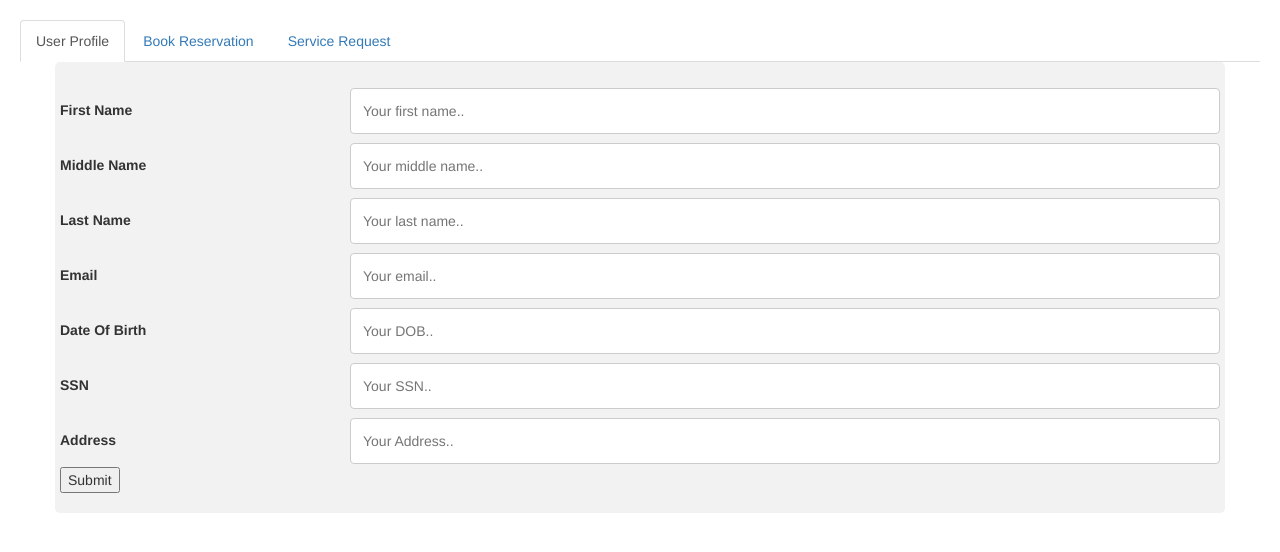
Repository: accentur/CSC507
Page: http://localhost/CSC507/customer.jsp
These files come from the project's save history. The page is drawn as it stood at one moment and after the next save; the edit follows.
The browser window is 1280 px wide. The pictures show the whole page.
The page is served by Tomcat 9.

Above is the page before, as saved 2019-02-09 12:17:35.

After the next save:
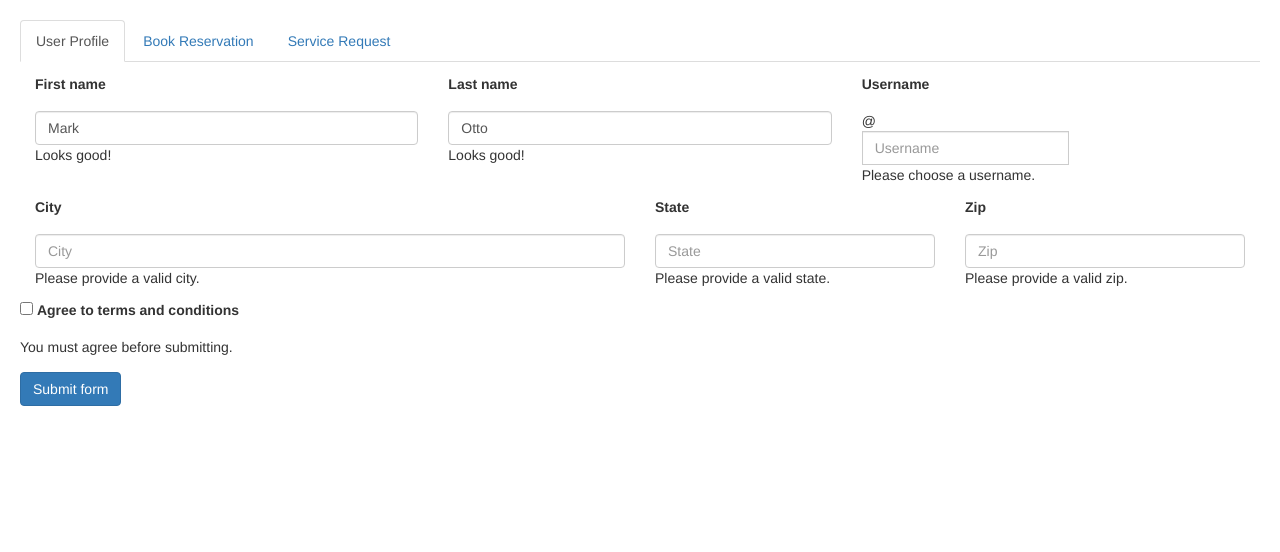
Saved 13 min 17 s later.
--- a/CSC507/src/main/webapp/userRegistration.jsp
+++ b/CSC507/src/main/webapp/userRegistration.jsp
@@ -1,67 +1,86 @@
-<div class="container">
-  <form action="/action_page.php">
-  <div class="row">
-    <div class="col-25">
-      <label for="fname">First Name</label>
+<form class="needs-validation" novalidate>
+  <div class="form-row">
+    <div class="col-md-4 mb-3">
+      <label for="validationCustom01">First name</label>
+      <input type="text" class="form-control" id="validationCustom01" placeholder="First name" value="Mark" required>
+      <div class="valid-feedback">
+        Looks good!
+      </div>
     </div>
-    <div class="col-75">
-      <input type="text" id="fname" name="firstname" placeholder="Your first name..">
+    <div class="col-md-4 mb-3">
+      <label for="validationCustom02">Last name</label>
+      <input type="text" class="form-control" id="validationCustom02" placeholder="Last name" value="Otto" required>
+      <div class="valid-feedback">
+        Looks good!
+      </div>
+    </div>
+    <div class="col-md-4 mb-3">
+      <label for="validationCustomUsername">Username</label>
+      <div class="input-group">
+        <div class="input-group-prepend">
+          <span class="input-group-text" id="inputGroupPrepend">@</span>
+        </div>
+        <input type="text" class="form-control" id="validationCustomUsername" placeholder="Username" aria-describedby="inputGroupPrepend" required>
+        <div class="invalid-feedback">
+          Please choose a username.
+        </div>
+      </div>
     </div>
   </div>
-  <div class="row">
-    <div class="col-25">
-      <label for="lname">Middle Name</label>
+  <div class="form-row">
+    <div class="col-md-6 mb-3">
+      <label for="validationCustom03">City</label>
+      <input type="text" class="form-control" id="validationCustom03" placeholder="City" required>
+      <div class="invalid-feedback">
+        Please provide a valid city.
+      </div>
     </div>
-    <div class="col-75">
-      <input type="text" id="lname" name="middlename" placeholder="Your middle name..">
+    <div class="col-md-3 mb-3">
+      <label for="validationCustom04">State</label>
+      <input type="text" class="form-control" id="validationCustom04" placeholder="State" required>
+      <div class="invalid-feedback">
+        Please provide a valid state.
+      </div>
+    </div>
+    <div class="col-md-3 mb-3">
+      <label for="validationCustom05">Zip</label>
+      <input type="text" class="form-control" id="validationCustom05" placeholder="Zip" required>
+      <div class="invalid-feedback">
+        Please provide a valid zip.
+      </div>
     </div>
   </div>
-    <div class="row">
-    <div class="col-25">
-      <label for="lname">Last Name</label>
-    </div>
-    <div class="col-75">
-      <input type="text" id="lname" name="lastname" placeholder="Your last name..">
+  <div class="form-group">
+    <div class="form-check">
+      <input class="form-check-input" type="checkbox" value="" id="invalidCheck" required>
+      <label class="form-check-label" for="invalidCheck">
+        Agree to terms and conditions
+      </label>
+      <div class="invalid-feedback">
+        You must agree before submitting.
+      </div>
     </div>
   </div>
-   <div class="row">
-    <div class="col-25">
-      <label for="lname">Email</label>
-    </div>
-    <div class="col-75">
-      <input type="text" id="lname" name="email" placeholder="Your email..">
-    </div>
-  </div>
-    <div class="row">
-    <div class="col-25">
-      <label for="lname">Date Of Birth</label>
-    </div>
-    <div class="col-75">
-      <input type="text" id="lname" name="dob" placeholder="Your DOB..">
-    </div>
-  </div>
+  <button class="btn btn-primary" type="submit">Submit form</button>
+</form>
 
-  <div class="row">
-    <div class="col-25">
-      <label for="lname">SSN</label>
-    </div>
-    <div class="col-75">
-      <input type="text" id="lname" name="ssn" placeholder="Your SSN..">
-    </div>
-  </div>
-
-   <div class="row">
-    <div class="col-25">
-      <label for="lname">Address</label>
-    </div>
-    <div class="col-75">
-      <input type="text" id="lname" name="address" placeholder="Your Address..">
-    </div>
-  </div>
-
-
-  <div class="row">
-    <input id="submitform" type="button" value="Submit">
-  </div>
-  </form>
-</div>
+<script>
+// Example starter JavaScript for disabling form submissions if there are invalid fields
+(function() {
+  'use strict';
+  window.addEventListener('load', function() {
+    // Fetch all the forms we want to apply custom Bootstrap validation styles to
+    var forms = document.getElementsByClassName('needs-validation');
+    // Loop over them and prevent submission
+    var validation = Array.prototype.filter.call(forms, function(form) {
+      form.addEventListener('submit', function(event) {
+        if (form.checkValidity() === false) {
+          event.preventDefault();
+          event.stopPropagation();
+        }
+        form.classList.add('was-validated');
+      }, false);
+    });
+  }, false);
+})();
+</script>

After the save that followed:
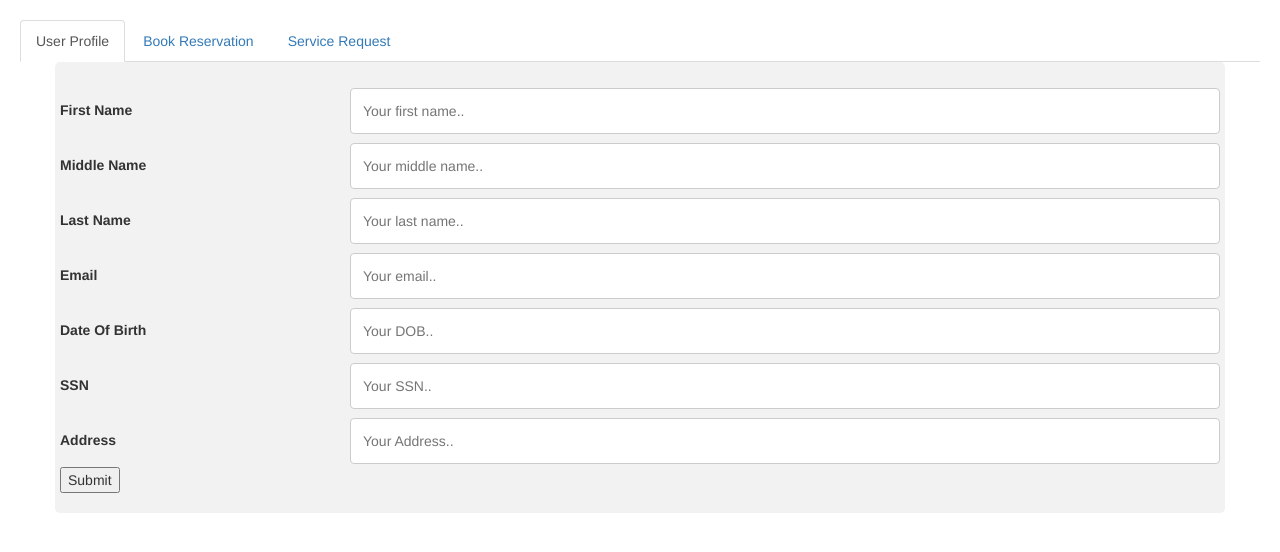
Saved 3 min 33 s later.
--- a/CSC507/src/main/webapp/userRegistration.jsp
+++ b/CSC507/src/main/webapp/userRegistration.jsp
@@ -1,86 +1,67 @@
-<form class="needs-validation" novalidate>
-  <div class="form-row">
-    <div class="col-md-4 mb-3">
-      <label for="validationCustom01">First name</label>
-      <input type="text" class="form-control" id="validationCustom01" placeholder="First name" value="Mark" required>
-      <div class="valid-feedback">
-        Looks good!
-      </div>
+<div class="container">
+  <form action="/action_page.php">
+  <div class="row">
+    <div class="col-25">
+      <label for="fname">First Name</label>
     </div>
-    <div class="col-md-4 mb-3">
-      <label for="validationCustom02">Last name</label>
-      <input type="text" class="form-control" id="validationCustom02" placeholder="Last name" value="Otto" required>
-      <div class="valid-feedback">
-        Looks good!
-      </div>
-    </div>
-    <div class="col-md-4 mb-3">
-      <label for="validationCustomUsername">Username</label>
-      <div class="input-group">
-        <div class="input-group-prepend">
-          <span class="input-group-text" id="inputGroupPrepend">@</span>
-        </div>
-        <input type="text" class="form-control" id="validationCustomUsername" placeholder="Username" aria-describedby="inputGroupPrepend" required>
-        <div class="invalid-feedback">
-          Please choose a username.
-        </div>
-      </div>
+    <div class="col-75">
+      <input type="text" id="fname" name="firstname" placeholder="Your first name..">
     </div>
   </div>
-  <div class="form-row">
-    <div class="col-md-6 mb-3">
-      <label for="validationCustom03">City</label>
-      <input type="text" class="form-control" id="validationCustom03" placeholder="City" required>
-      <div class="invalid-feedback">
-        Please provide a valid city.
-      </div>
+  <div class="row">
+    <div class="col-25">
+      <label for="lname">Middle Name</label>
     </div>
-    <div class="col-md-3 mb-3">
-      <label for="validationCustom04">State</label>
-      <input type="text" class="form-control" id="validationCustom04" placeholder="State" required>
-      <div class="invalid-feedback">
-        Please provide a valid state.
-      </div>
-    </div>
-    <div class="col-md-3 mb-3">
-      <label for="validationCustom05">Zip</label>
-      <input type="text" class="form-control" id="validationCustom05" placeholder="Zip" required>
-      <div class="invalid-feedback">
-        Please provide a valid zip.
-      </div>
+    <div class="col-75">
+      <input type="text" id="lname" name="middlename" placeholder="Your middle name..">
     </div>
   </div>
-  <div class="form-group">
-    <div class="form-check">
-      <input class="form-check-input" type="checkbox" value="" id="invalidCheck" required>
-      <label class="form-check-label" for="invalidCheck">
-        Agree to terms and conditions
-      </label>
-      <div class="invalid-feedback">
-        You must agree before submitting.
-      </div>
+    <div class="row">
+    <div class="col-25">
+      <label for="lname">Last Name</label>
+    </div>
+    <div class="col-75">
+      <input type="text" id="lname" name="lastname" placeholder="Your last name..">
     </div>
   </div>
-  <button class="btn btn-primary" type="submit">Submit form</button>
-</form>
+   <div class="row">
+    <div class="col-25">
+      <label for="lname">Email</label>
+    </div>
+    <div class="col-75">
+      <input type="text" id="lname" name="email" placeholder="Your email..">
+    </div>
+  </div>
+    <div class="row">
+    <div class="col-25">
+      <label for="lname">Date Of Birth</label>
+    </div>
+    <div class="col-75">
+      <input type="text" id="lname" name="dob" placeholder="Your DOB..">
+    </div>
+  </div>
 
-<script>
-// Example starter JavaScript for disabling form submissions if there are invalid fields
-(function() {
-  'use strict';
-  window.addEventListener('load', function() {
-    // Fetch all the forms we want to apply custom Bootstrap validation styles to
-    var forms = document.getElementsByClassName('needs-validation');
-    // Loop over them and prevent submission
-    var validation = Array.prototype.filter.call(forms, function(form) {
-      form.addEventListener('submit', function(event) {
-        if (form.checkValidity() === false) {
-          event.preventDefault();
-          event.stopPropagation();
-        }
-        form.classList.add('was-validated');
-      }, false);
-    });
-  }, false);
-})();
-</script>
+  <div class="row">
+    <div class="col-25">
+      <label for="lname">SSN</label>
+    </div>
+    <div class="col-75">
+      <input type="text" id="lname" name="ssn" placeholder="Your SSN..">
+    </div>
+  </div>
+
+   <div class="row">
+    <div class="col-25">
+      <label for="lname">Address</label>
+    </div>
+    <div class="col-75">
+      <input type="text" id="lname" name="address" placeholder="Your Address..">
+    </div>
+  </div>
+
+
+  <div class="row">
+    <input id="submitform" type="button" value="Submit">
+  </div>
+  </form>
+</div>
